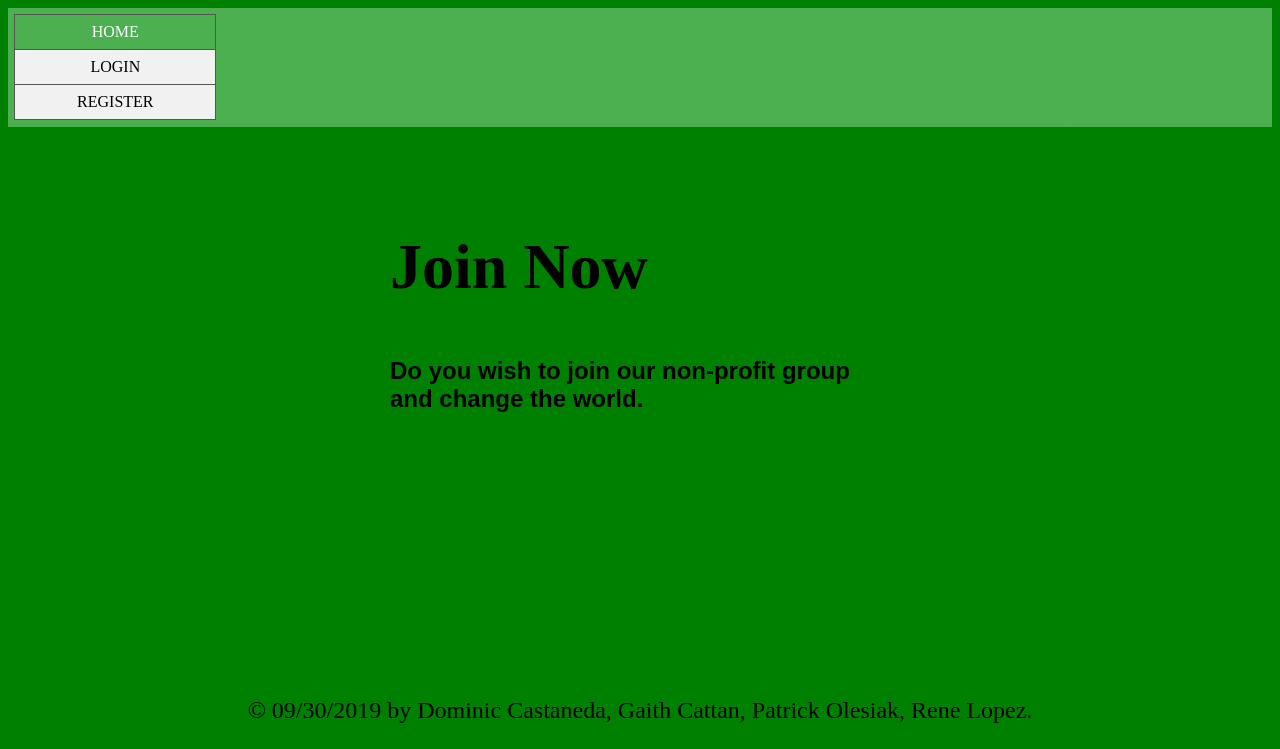
Repository: GaithCattan/COSW30
Page: http://localhost/labwork/homework5/index.php
The author's editor kept a record of every edit. The page is drawn from the files as they stood at one moment, then again after the next edit.
The browser window is 1280 px wide. The pictures show the whole page.
The page is run by PHP 8.4 with error messages shown; the project is at /var/www/html/.

Above is the page before.

After the next edit:
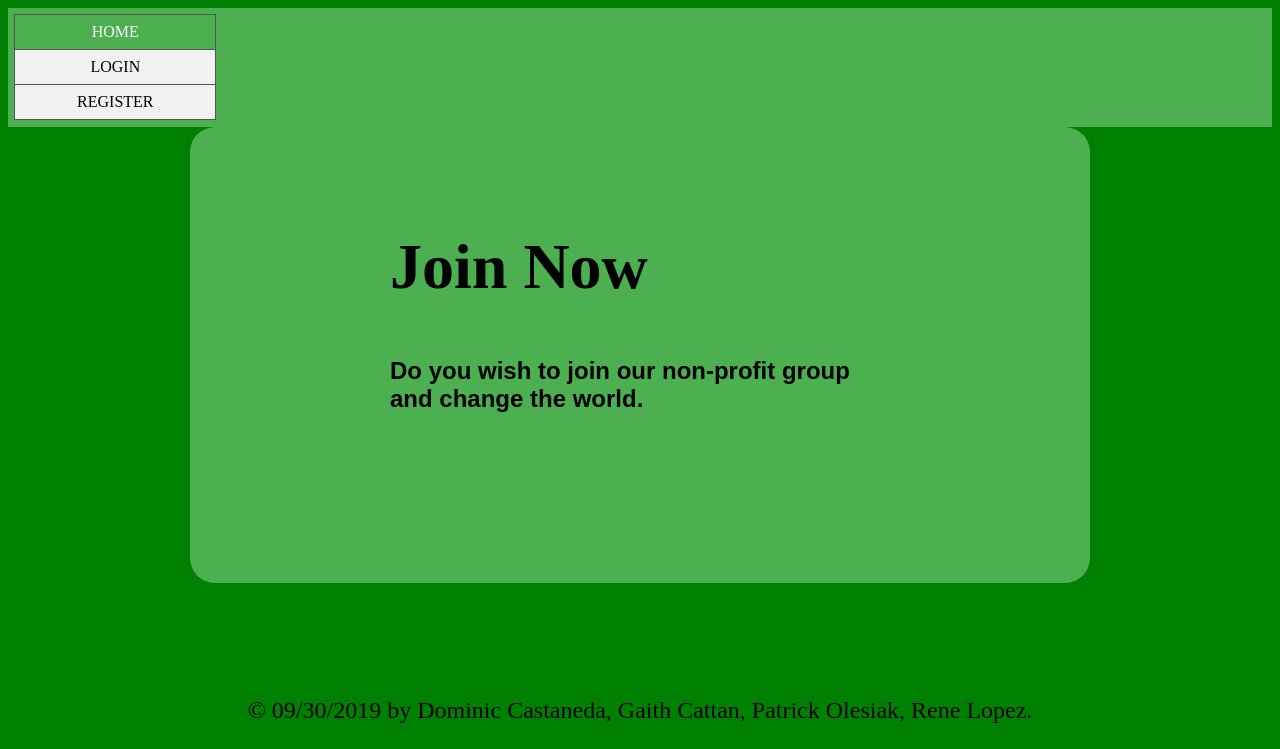
The edit:
--- a/labwork/homework5/includes/header.php
+++ b/labwork/homework5/includes/header.php
@@ -10,7 +10,7 @@
             background-position: center;
             background-repeat: no-repeat;}
             h1 {text-align: center; font-size: 5em; margin-top: 40px; border-radius: 25px; margin-left: auto; margin-right: auto; background-color: grey;}
-          #container {width: 900px;	margin-left: auto;	margin-right: auto;	padding-top: 50px;	padding-bottom: 150px; border-radius: 25px;	background-color: green;}
+          #container {width: 900px;	margin-left: auto;	margin-right: auto;	padding-top: 50px;	padding-bottom: 150px; border-radius: 25px;	background-color: #4CAF50;}
           #texting {width: 500px; display: block; margin-left: auto; margin-right: auto;}
           input[type=submit] {background-color: blue; border: none; border-radius: 10px;  color: white;  padding: 16px 32px;  text-decoration: none;  margin: 4px 2px;  cursor: pointer;}
           header {margin: 0; color: black; background-color: #4CAF50; padding: 0.5%; text-align: center; font-size: 1em;}
